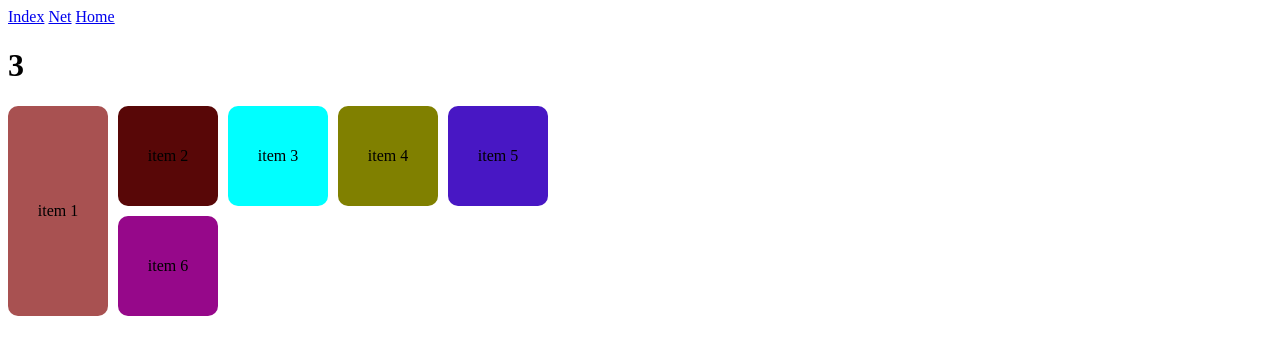
Repository: Nguyen-Toan-2004/du-an-test
Page: product.htm
An editor plug-in stored every save of this project. The page is shown before and after a run of saves, followed by the edit.
The browser window is 1280 px wide. The pictures show the whole page.

Above is the page before, as saved 2025-10-22 20:41:08.

### product.htm
<!DOCTYPE html>
<html lang="en">
  <head>
    <meta charset="UTF-8" />
    <meta name="viewport" content="width=device-width, initial-scale=1.0" />
    <title>Product</title>
  </head>
  <body>
    <a href="index.html">Index</a>
    <a href="net.htm">Net</a>
    <a href="home.html">Home</a>
    <h1>3</h1>
    <style>
      .container {
        display: grid;
        grid-template-columns: repeat(5, 100px);
        grid-template-rows: repeat(3, 100px);
        gap: 10px;
      }
      .box {
        display: flex;
        justify-content: center;
        align-items: center;
        border-radius: 10px;
      }
      .box1 {
        background: #a85151;
        grid-row-start: 1;
        grid-row-end: 3;
        grid-column-start: 1;
        grid-template-rows: ;
      }
      .box2 {
        background: #580707;

      }
      .box3 {
        background: aqua;
      }
      .box4 {
        background: olive;
      }
      .box5 {
        background: #4817c4;
      }
      .box6 {
        background: #96088a;
      }
    </style>
    <div class="container">
      <div class="box box1">item 1</div>
      <div class="box box2">item 2</div>
      <div class="box box3">item 3</div>
      <div class="box box4">item 4</div>
      <div class="box box5">item 5</div>
      <div class="box box6">item 6</div>
    </div>
  </body>
</html>

After the next 9 saves:
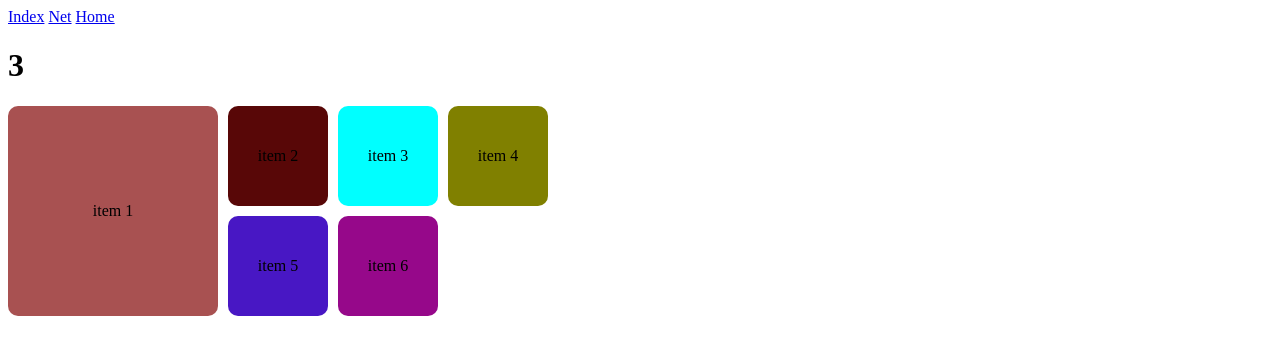
The 9 saves are shown as one change because they came seconds apart.
The last was saved 21 s later.
--- a/product.htm
+++ b/product.htm
@@ -28,7 +28,7 @@
         grid-row-start: 1;
         grid-row-end: 3;
         grid-column-start: 1;
-        grid-template-rows: ;
+        grid-column-end: 3;
       }
       .box2 {
         background: #580707;
